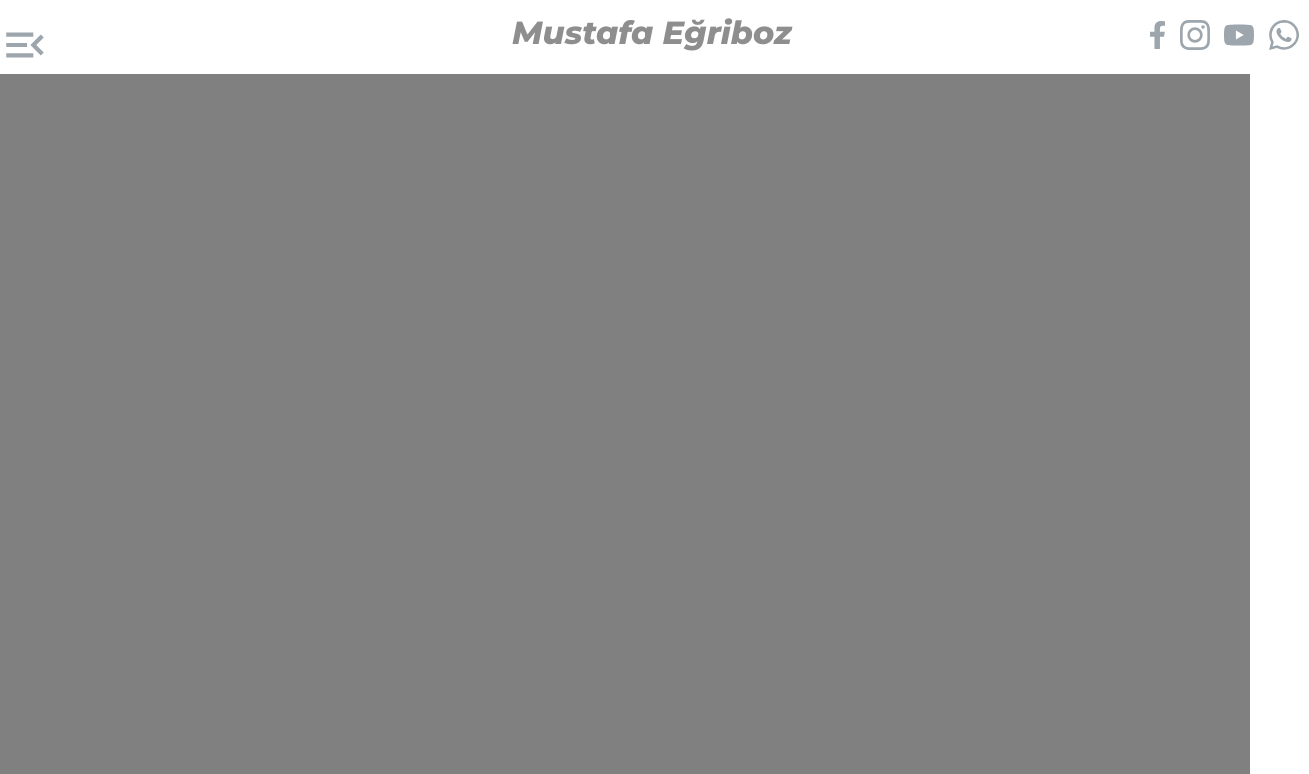
Repository: CengoCengo/m.e-gallery-web-site
Page: index.html
These files come from the project's save history. The page is drawn as it stood at one moment and after the next save; the edit follows.
The browser window is 1280 px wide. The page is 1299 px wide, then 1309 px, so the pictures cover 1309 px, including what lies to the right of the window. The pictures show the whole page.

Above is the page before, as saved 2021-02-06 15:18:48.
Console error: TypeError: Cannot read properties of null (reading 'style')

After the next save:
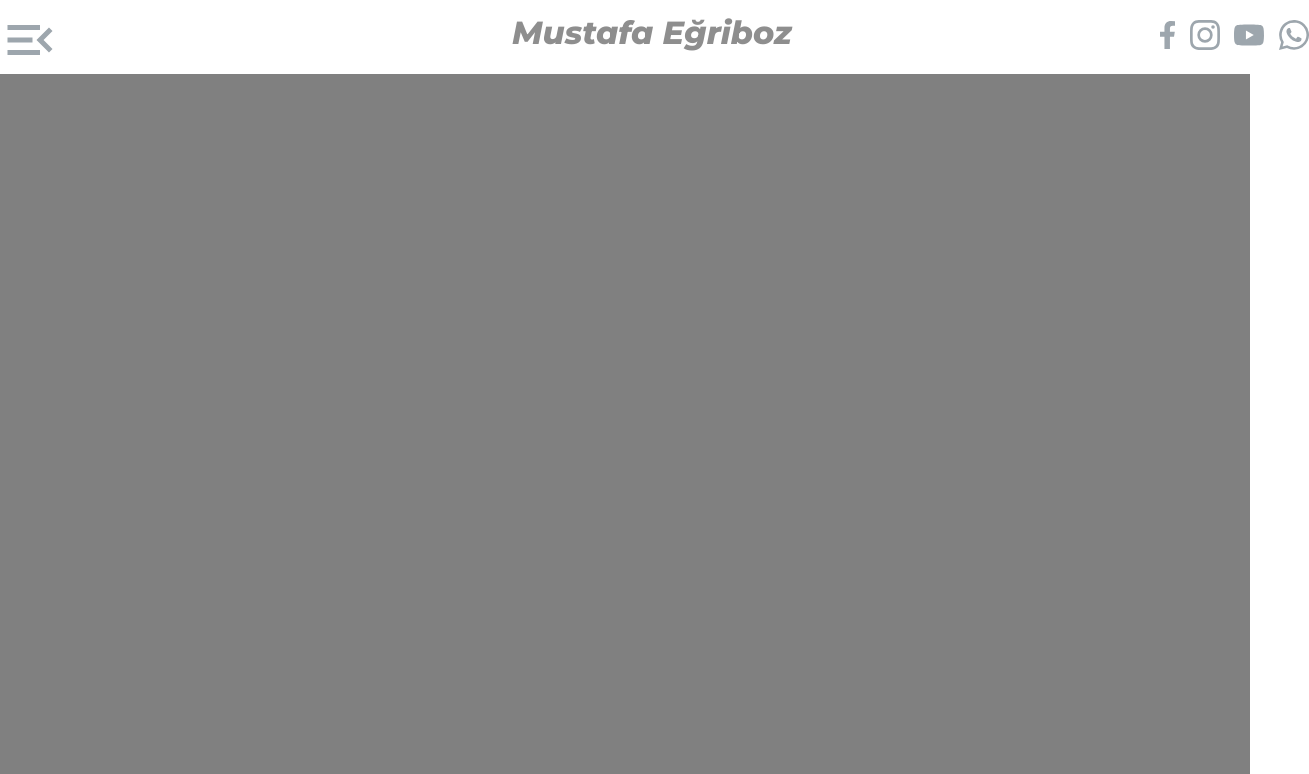
Saved 6 s later.
--- a/styles/style.css
+++ b/styles/style.css
@@ -24,7 +24,7 @@
 
 #icon-menu{
     display: inline-block;
-    width: 50px;
+    width: 60px;
     height: auto;
 
 
